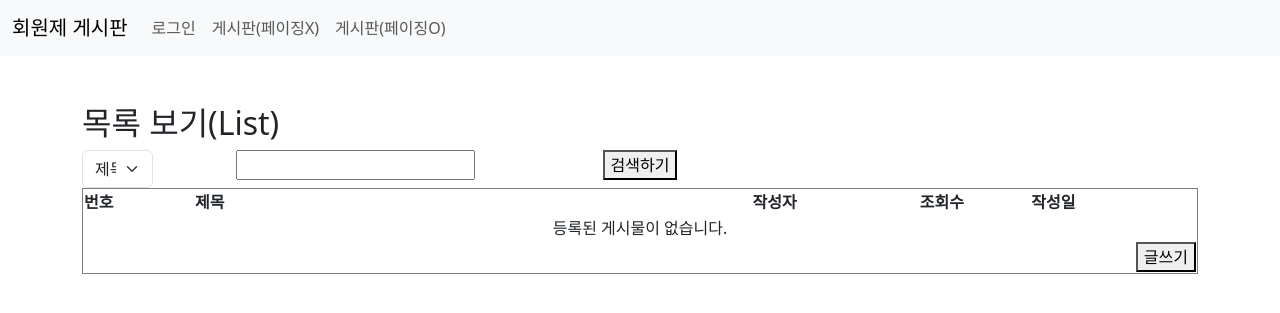
Repository: jungwoonAn/jsp_basic
Page: http://localhost/MustHaveJSP/09_PagingBoard/List.jsp
An editor plug-in stored every save of this project. The page is shown before and after the next save, followed by the edit.
The browser window is 1280 px wide. The pictures show the whole page.
The page is served by Tomcat 10. Other server files are loaded and not shown. Queries for data that is not in the repository find no rows.

Above is the page before, as saved 2024-10-22 08:58:47.

### MustHaveJSP/src/main/webapp/09_PagingBoard/List.jsp
<%@page import="model1.board.BoardVO"%>
<%@page import="java.util.List"%>
<%@page import="java.util.HashMap"%>
<%@page import="java.util.Map"%>
<%@page import="model1.board.BoardDAO"%>
<%@ page language="java" contentType="text/html; charset=UTF-8"
    pageEncoding="UTF-8"%>
<%
// DAO 생성하여 DB 연결
BoardDAO bDao = new BoardDAO(application);

// 사용자가 입력한 검색 조건을 Map에 저장
Map<String, Object> param = new HashMap<String, Object>();
String searchField = request.getParameter("searchField");
String searchWord = request.getParameter("searchWord");
if(searchWord != null){
	param.put("searchField", searchField);
	param.put("searchWord", searchWord);
}

int totalCount = bDao.selectCount(param);  // 게시물 수 확인
List<BoardVO> boardList = bDao.selectList(param);  // 게시물 목록 받기
bDao.close();  // DB 연결 닫기
%>
<!DOCTYPE html>
<html>
<head>
<meta charset="UTF-8">
<title>회원제 게시판</title>
<link rel="stylesheet" href="https://cdn.jsdelivr.net/npm/bootstrap@5.3.3/dist/css/bootstrap.min.css">
</head>
<body>
	<jsp:include page="../Common/BSLink.jsp" />

	<div class="container">
		<h2 class="mt-5">목록 보기(List)</h2>
		<!-- 검색 폼 -->
		<!-- form태그에 action이 없으면 어디로?? => 직전화면으로 이동 -->
		<form method="get">
			<div class="row text-center">
				<div class="col-1">
					<select name="searchField"  class="form-select" aria-label="Default select example">
						<option value="title" selected>제목</option>
						<option value="content">내용</option>
					</select>
				</div>
				<div class="col-4">
					<input type="text" name="searchWord">
				</div>
				<div class="col-2">
					<button type="submit">검색하기</button>
				</div>
			</div>
		</form>
		<!-- 게시물 목록 테이블 -->
		<table border="1" width="100%">
			<thead>
				<tr>
					<th width="10%">번호</th>
					<th width="50%">제목</th>
					<th width="15%">작성자</th>
					<th width="10%">조회수</th>
					<th width="15%">작성일</th>
				</tr>
			</thead>
		<%
		if(boardList.isEmpty()){
			// 게시물이 없을 때
		%>
			<tbody>
				<tr>
					<td colspan="5" style="text-align:center;">등록된 게시물이 없습니다.</td>
				</tr>
			</tbody>
		<%
		}else {
			// 게시물이 있을 때
			int virtualNum = 0;  // 화면상 게시물 번호
			for(BoardVO bVo : boardList){
				virtualNum = totalCount--;  // 전체 게시물 수에서 시작해 1씩 감소
			%>
				<tbody>
					<tr style="text-align:center;">
						<td><%= virtualNum %></td>
						<td>
							<a href="View.jsp?num=<%= bVo.getNum() %>"><%= bVo.getTitle() %></a>
						</td>
						<td><%= bVo.getId() %></td>
						<td><%= bVo.getVisitcount() %></td>
						<td><%= bVo.getPostdate() %></td>
					</tr>
				</tbody>

			<%
			}
		}
		%>
			<!-- 목록 하단의 글쓰기 버튼 -->
			<tfoot>
				<tr>
					<td colspan="5" style="text-align:right;">
						<button type="button" onclick="location.href='Write.jsp';">글쓰기</button>
					</td>
				</tr>
			</tfoot>
		</table>
	</div>

	<script src="https://cdn.jsdelivr.net/npm/@popperjs/core@2.11.8/dist/umd/popper.min.js"></script>
	<script src="https://cdn.jsdelivr.net/npm/bootstrap@5.3.3/dist/js/bootstrap.min.js"></script>
</body>
</html>

### MustHaveJSP/src/main/webapp/Common/BSLink.jsp
<%@ page language="java" contentType="text/html; charset=UTF-8"
    pageEncoding="UTF-8"%>
<nav class="navbar navbar-expand-lg bg-body-tertiary">
  <div class="container-fluid">
    <a class="navbar-brand" href="List.jsp">회원제 게시판</a>
    <button class="navbar-toggler" type="button" data-bs-toggle="collapse" data-bs-target="#navbarNav" aria-controls="navbarNav" aria-expanded="false" aria-label="Toggle navigation">
      <span class="navbar-toggler-icon"></span>
    </button>
    <div class="collapse navbar-collapse" id="navbarNav">
      <ul class="navbar-nav">
        <!-- 로그인 여부에 따른 메뉴 변화 -->
		<% if(session.getAttribute("UserId")==null) {
		%>
			<li class="nav-item">
	          <a class="nav-link" href="../Common/LoginForm.jsp">로그인</a>
	        </li>
		<%
		}else {
		%>
			<li class="nav-item">
	          <a class="nav-link" href="../Common/Logout.jsp">로그아웃</a>
	        </li>
		<%
		}
		%>
        <li class="nav-item">
          <a class="nav-link" href="../BS_Board/List.jsp">게시판(페이징X)</a>
        </li>
        <li class="nav-item">
          <a class="nav-link" href="../09_PagingBoard/List.jsp">게시판(페이징O)</a>
        </li>
      </ul>
    </div>
  </div>
</nav>

### MustHaveJSP/src/main/java/model1/board/BoardDAO.java
package model1.board;

import java.util.ArrayList;
import java.util.List;
import java.util.Map;

import common.JDBConnect;
import jakarta.servlet.ServletContext;

public class BoardDAO extends JDBConnect {

	// 0.DB 연결
	public BoardDAO(ServletContext application) {
		super(application);
	}

	// 1-1.게시물 개수 세기
	public int selectCount(Map<String, Object> map) {
		int totalCount = 0;  // 결과(게시물 수)를 담을 변수

		// 모든 게시물 수를 얻어오는 쿼리
		String sql = "select count(*) from board";

		// 검색 조회 : select count(*) from board where title like '%지금은%';
		if(map.get("searchWord") != null) {
			sql += " where " + map.get("searchField") + " "
					+ " like '%" + map.get("searchWord") + "%'";
		}

		try {
			stmt = conn.createStatement();  //쿼리문 생성
			rs = stmt.executeQuery(sql);  // 쿼리 실행
			rs.next();  // 커서를 첫번째 생으로 이동
			totalCount = rs.getInt(1);  // 첫번째 컬럼 값을 가져옴
		}catch(Exception e) {
			System.out.println("게시물 수를 구하는 중 예외 발생");
			e.printStackTrace();
		}

		return totalCount;
	}

	// 1-2.게시물 목록 가져오기
	public List<BoardVO> selectList(Map<String, Object> map){
		List<BoardVO> list = new ArrayList<BoardVO>();  // 결과(게시물 목록)를 담을 변수

		// 모든 게시물 조회
		String sql = "select * from board";

		// 검색 조회 : select * from board where title like '%지금은%';
		if(map.get("searchWord") != null) {
			sql += " where " + map.get("searchField") + " "
					+ " like '%" + map.get("searchWord") + "%'";
		}
		sql += " order by num desc";

		try {
			stmt = conn.createStatement();
			rs = stmt.executeQuery(sql);

			while(rs.next()) {
				// 한 행(게시물 하나)의 내용을 VO에 저장
				BoardVO bVo = new BoardVO();

				bVo.setNum(rs.getString("num"));
				bVo.setTitle(rs.getString("title"));
				bVo.setContent(rs.getString("content"));
				bVo.setPostdate(rs.getDate("postdate"));
				bVo.setId(rs.getString("id"));
				bVo.setVisitcount(rs.getString("visitcount"));

				list.add(bVo);
			}
		}catch(Exception e) {
			System.out.println("게시물 조회 중 예외 발생");
			e.printStackTrace();
		}

		return list;
	}

	// 1-3.게시물 목록 가져오기(페이징 기능 추가)
	public List<BoardVO> selectListPage(Map<String, Object> map){
		List<BoardVO> list = new ArrayList<BoardVO>();  // 결과(게시물 목록)를 담을 변수

		// 모든 게시물 조회
		String sql = "select * from ("
				+ "		select Tb.*, rownum rNum from ("
				+ "			select * from board";

		// 검색 조회 : select * from board where title like '%지금은%';
		if(map.get("searchWord") != null) {
			sql += " where " + map.get("searchField") + " "
					+ " like '%" + map.get("searchWord") + "%'";
		}
		sql += "		order by num desc"
			+ "    ) Tb"
			+ ") where rNum between ? and ?";

		try {
			// 동적 쿼리문
			pstmt = conn.prepareStatement(sql);
			pstmt.setString(1, map.get("start").toString());
			pstmt.setString(2, map.get("end").toString());
			rs = pstmt.executeQuery();

			while(rs.next()) {
				// 한 행(게시물 하나)의 내용을 VO에 저장
				BoardVO bVo = new BoardVO();

				bVo.setNum(rs.getString("num"));
				bVo.setTitle(rs.getString("title"));
				bVo.setContent(rs.getString("content"));
				bVo.setPostdate(rs.getDate("postdate"));
				bVo.setId(rs.getString("id"));
				bVo.setVisitcount(rs.getString("visitcount"));

				list.add(bVo);
			}
		}catch(Exception e) {
			System.out.println("게시물 조회 중 예외 발생");
			e.printStackTrace();
		}

		return list;
	}

	// 2.작성한 글 받아 DB에 추가
	public int insertWrite(BoardVO bVo) {
		int result = 0;

		try {
			// insert 쿼리
			String sql = "insert into board(num, title, content, id, visitcount) "+
						"values(seq_board_num.nextval, ?, ?, ?, 0)";

			pstmt = conn.prepareStatement(sql);  // 동적 쿼리
			pstmt.setString(1, bVo.getTitle());
			pstmt.setString(2, bVo.getContent());
			pstmt.setString(3, bVo.getId());

			result = pstmt.executeUpdate();  // 쿼리 성공하면 추가한 행 개수 반환
		}catch(Exception e) {
			System.out.println("게시물 입력 중 예외 발생");
			e.printStackTrace();
		}

		return result;
	}

	// 3-1.선택한 게시물 찾아 내용 반환
	public BoardVO selectView(String num) {
		BoardVO bVo = new BoardVO();

		// 쿼리문
		String sql = "select B.*, M.name from member M, board B where M.id=B.id and num=?";

		try {
			pstmt = conn.prepareStatement(sql);
			pstmt.setString(1, num);  // 인파라미터를 일련번호로 설정
			rs = pstmt.executeQuery();

			// 결과 처리
			if(rs.next()) {
				bVo.setNum(rs.getString("num"));
				bVo.setTitle(rs.getString("title"));
				bVo.setContent(rs.getString("content"));
				bVo.setPostdate(rs.getDate("postdate"));
				bVo.setId(rs.getString("id"));
				bVo.setVisitcount(rs.getString("visitcount"));
				bVo.setName(rs.getString("name"));
			}
		}catch(Exception e) {
			System.out.println("게시물 상세보기 중 예외 발생");
			e.printStackTrace();
		}

		return bVo;
	}

	// 3-2.선택한 게시물의 조회수 1증가
	public void updateVisitCount(String num) {
		// 쿼리문
		String sql = "update board set visitcount=visitcount+1 where num=?";

		try {
			pstmt = conn.prepareStatement(sql);
			pstmt.setString(1, num);
			pstmt.executeUpdate();
		}catch(Exception e) {
			System.out.println("게시물 조회수 증가 중 예외 발생");
			e.printStackTrace();
		}
	}

	// 4.선택한 게시물 수정
	public int updateEdit(BoardVO bVo) {
		int result = 0;

		try {
			// 쿼리문
			String sql = "update board set title=?, content=? where num=?";

			pstmt = conn.prepareStatement(sql);
			pstmt.setString(1, bVo.getTitle());
			pstmt.setString(2, bVo.getContent());
			pstmt.setString(3, bVo.getNum());
			result = pstmt.executeUpdate();
		}catch(Exception e) {
			System.out.println("게시물 수정 중 예외 발생");
			e.printStackTrace();
		}

		return result;
	}

	// 5.선택한 게시물 삭제
	public int deletePost(BoardVO bVo) {
		int result = 0;

		try {
			// 쿼리문
			String sql = "delete from board where num=?";

			pstmt = conn.prepareStatement(sql);
			pstmt.setString(1, bVo.getNum());
			result = pstmt.executeUpdate();

		}catch(Exception e) {
			System.out.println("게시물 삭제 중 예외 발생");
			e.printStackTrace();
		}

		return result;
	}
}

After the next save:
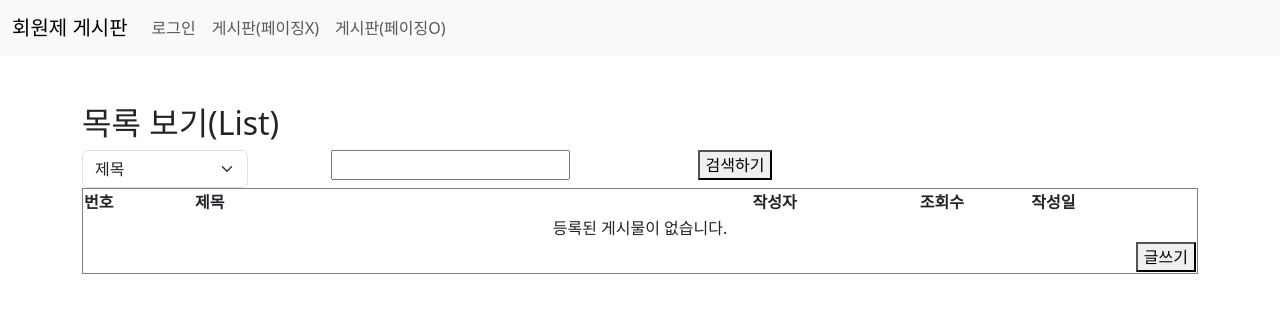
Saved 10 s later.
--- a/MustHaveJSP/src/main/webapp/09_PagingBoard/List.jsp
+++ b/MustHaveJSP/src/main/webapp/09_PagingBoard/List.jsp
@@ -38,7 +38,7 @@ bDao.close();  // DB 연결 닫기
 		<!-- form태그에 action이 없으면 어디로?? => 직전화면으로 이동 -->
 		<form method="get">
 			<div class="row text-center">
-				<div class="col-1">
+				<div class="col-2">
 					<select name="searchField"  class="form-select" aria-label="Default select example">
 						<option value="title" selected>제목</option>
 						<option value="content">내용</option>
